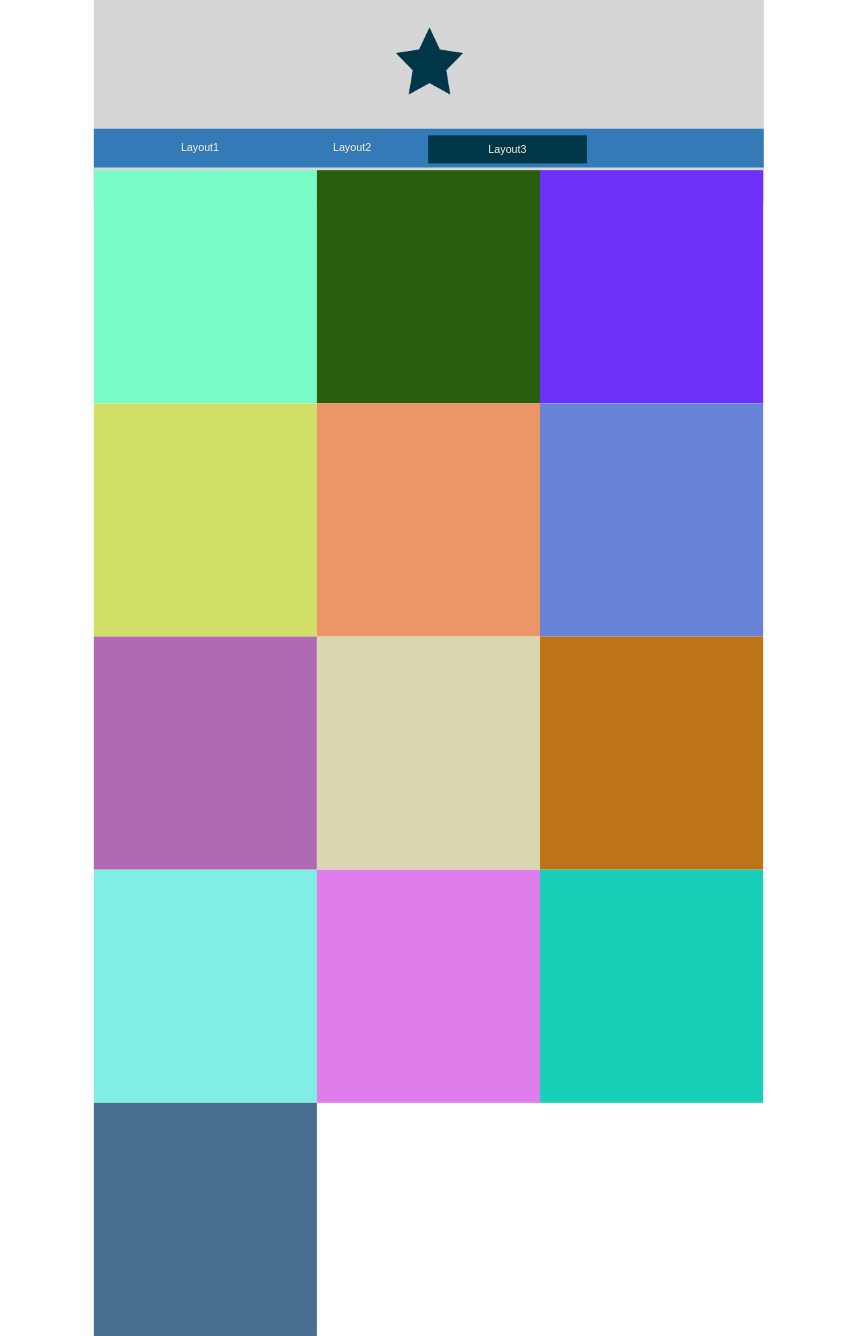
Repository: baliayassin/MyGame
Page: Documents/Aptana Studio 3 Workspace/homeWork2/layOut3.html
An editor plug-in stored every save of this project. The page is shown before and after the next save, followed by the edit.
The browser window is 1280 px wide. The pictures show the whole page, at 67% of full size.

Above is the page before, as saved 2017-12-13 09:15:32.

### Documents/Aptana Studio 3 Workspace/homeWork2/layOut3.html
<!DOCTYPE html >
<html>



	<head>

		<title> HomeWork2</title>
		<link rel="stylesheet" href="includes/style.css" />
		<meta charset="utf-8" />
	</head>


		<header>
	       <a href="layOut3.html"> </a>
        </header>

		<body id="wrapper">
<main>
   <nav>
				<ul>
					<li> <a href="index.html">Layout1 </a> </li>
					<li> <a href="layOut2.html">Layout2 </a></li>
					<li><span> <a href="layOut3">Layout3 </a> </span></li>

				</ul>


			</nav>
			<article id="boxes">

				 </article>


		</main>

            <script src="includes/main.js"></script>

		<footer>


			</footer>




	</body>




</html>

### Documents/Aptana Studio 3 Workspace/homeWork2/includes/style.css
*{
	margin:0px;
	padding: 0px;
}

main, nav, aside, footer, section, article, header {
	display:  block;

}

#wrapper {
	margin: 0px auto;
	width: 1000px;
}
#wrapper header{

	height:192px;
	background: #d6d6d6;

}

#wrapper header a{

	width:102px;
	height:102px;
	background-image:url("../images/star.png");
	position:relative;
	display:block;
	margin:0px auto;
	top: 40px;
    background-repeat: no-repeat;


}


#wrapper nav {

	height: 62px;
	background: #337AB7;

}

#wrapper nav ul{

	list-style-type: none;
	text-decoration: none;
	margin-left: 45px;

}

#wrapper nav ul li{

	float:left;

}

#wrapper nav a{

	display: inline-block;
	text-decoration: none;
	color: #ffeedd;
	font-family: Arial;



}

#wrapper nav span a{

	background:#003748;
	margin:10px auto;
	padding:12px 90px;


}
#wrapper nav li > a{

	margin:20px 85px;

}
#wrapper section{
	direction:rtl;
	display: inline-block;
	margin-top: 100px;
	vertical-align: top;


}
#wrapper section article{

	display:block;
	background: #62C462;
	margin-right: 25px;
	margin-left: 32px;
	margin-top: 30px;
}

#wrapper section article:first-child{

	height:121px;
	width:699px;


}
#wrapper section article:nth-child(2){

	height: 200px;
	width: 699px;


}
#wrapper section article:nth-child(3){

	height: 125px;
	width: 186px;


}

#wrapper aside{

	background: #EEEEEE;
	height: 697px;
	width: 240px;
	display: inline-block;

}

#wrapper aside article{

	background: #62C462;
	width:185px;
	height:126px;
	position: relative;
	margin-top: 264px;
	margin-left: 45px;


}

#wrapper footer{

	height:52px;
	background: #D6D6D6;
	margin-top:-4px;

}






/*********************************************************/



#wrapper2 {
	margin: 0px auto;
	width: 1000px;
}
#wrapper2 header{

	height:192px;
	background: #d6d6d6;

}

#wrapper2 header a{

	width:102px;
	height:102px;
	background-image:url("../images/star.png");
	position:relative;
	display:block;
	margin:0px auto;
    top: 40px;
    background-repeat: no-repeat;


}


#wrapper2 nav {

	width:146px;
	height: 759px;
	background: #337AB7;
    float:left;
    display: inline-block;
}




#wrapper2 nav ul {
	list-style-type: none;
}

#wrapper2 nav a{
	display: inline-block;
	text-decoration: none;
	color: #ffeedd;
	font-family: "Arial";
}

#wrapper2 nav li > a{
	margin-top: 6px;
	margin-bottom: 22px;
	margin-left: 6px;
}

#wrapper2 nav span a{
	background-color: #003748;
	padding-top: 18px;
	margin-bottom: 18px;
	padding-bottom: 18px;
	padding-left: 6px;
	width: 140px;
}


#wrapper2 aside{

	float:left;
	background-color: #eeeeee;
	width: 223px;
	height: 759px;
}

#wrapper2 aside article{

	background: #62C462;
	width:77px;
	height:66px;
	position: relative;
	margin-top: 261px;
	margin-left: 11px;


}


#wrapper2 section{

	display: inline-block;
	margin-top: 23px;



}

#wrapper2 section article:first-child{

	background:#62C462;
	margin-left:5px;
	height:508px;
	width:190px;
	float: left;


}

#wrapper2 section article:nth-child(2){

	background:#62C462;
	margin-left:30px;
	height:323px;
	width:190px;
	float:left;

}

#wrapper2 section article:nth-child(3){

	background:#62C462;
	margin-left:30px;
	height:123px;
	width:183px;
	float:left;

}


#wrapper2 section article p{

	background:#62C462;
	margin-left:220px;
	height:400px;
	width:190px;
	margin-top:345px;
	float:left
}


#wrapper2 footer{
	height: 52px;
	width: 1000px;
	position: fixed;
	bottom: 0px;
	background-color: #d6d6d6;


/*******************************************************/
#boxes{
	width:1000px;
	display: inline-block;

}
.square{


	width: 333px;
	height:348px;
	float:left;

}

### Documents/Aptana Studio 3 Workspace/homeWork2/includes/main.js


(function articles(){

	var mainPTR = document.getElementById('boxes');

			for(i=0;i<13;i++){
			     var  artObj=document.createElement('article');
			     artObj.className="square";
			     artObj.style.background='#'+(0x1000000+(Math.random())*0xffffff).toString(16).substr(1,6);
                 artObj.style.width = "333px";
                 artObj.style.height = "348px";
                 artObj.style.float = "left";

                 document.getElementById('boxes').appendChild(artObj);
                     //artObj.addEventListener(click);

	}


})();




function addStar(){
	var elem = document.createElement("img");
	elem.setAttribute("src", "images/white_star.png");
	document.getElementById("boxes").appendChild(elem);
}

After the next save:
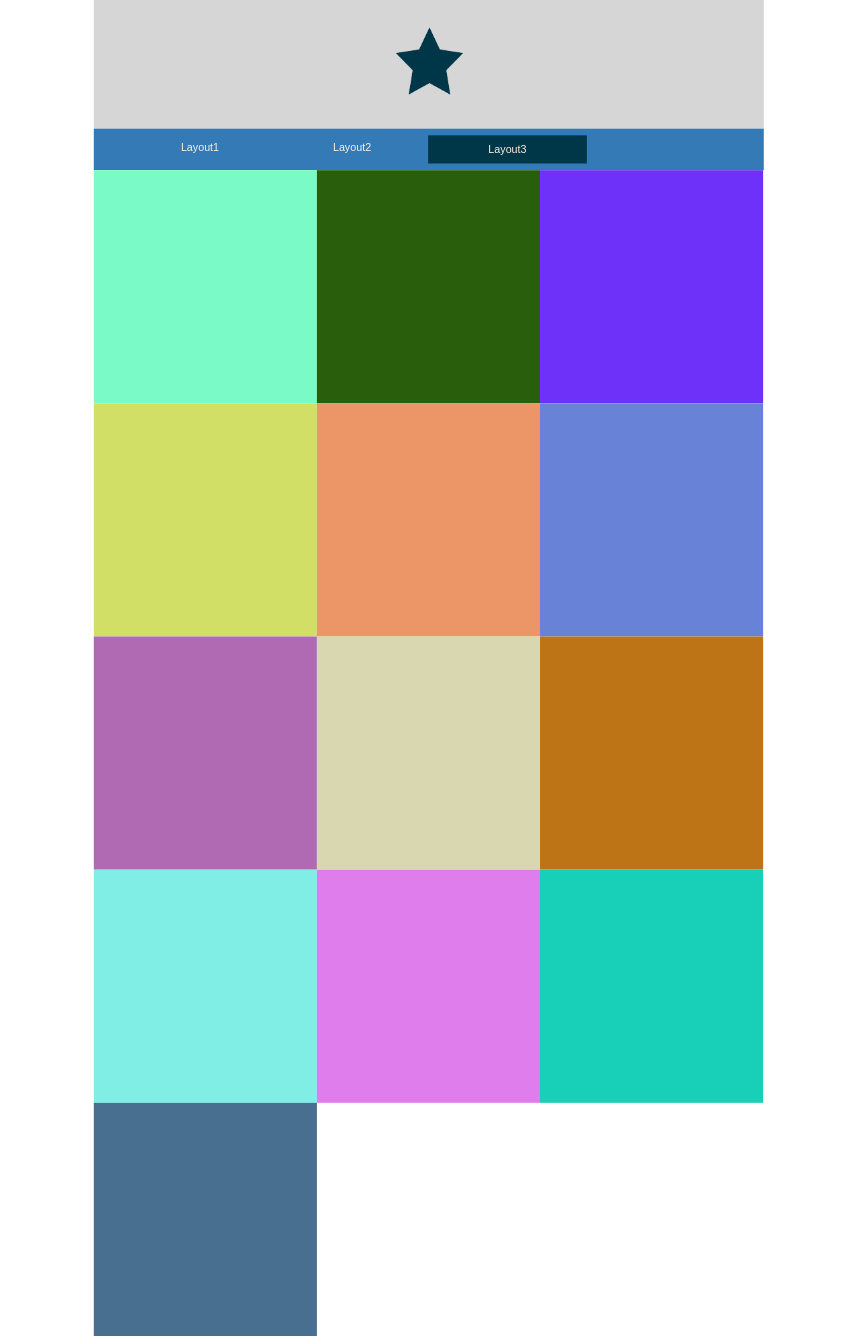
Saved 15 s later.
--- a/Documents/Aptana Studio 3 Workspace/homeWork2/layOut3.html
+++ b/Documents/Aptana Studio 3 Workspace/homeWork2/layOut3.html
@@ -36,11 +36,6 @@
 
             <script src="includes/main.js"></script>
 
-		<footer>
-
-
-			</footer>
-
 
 
 
